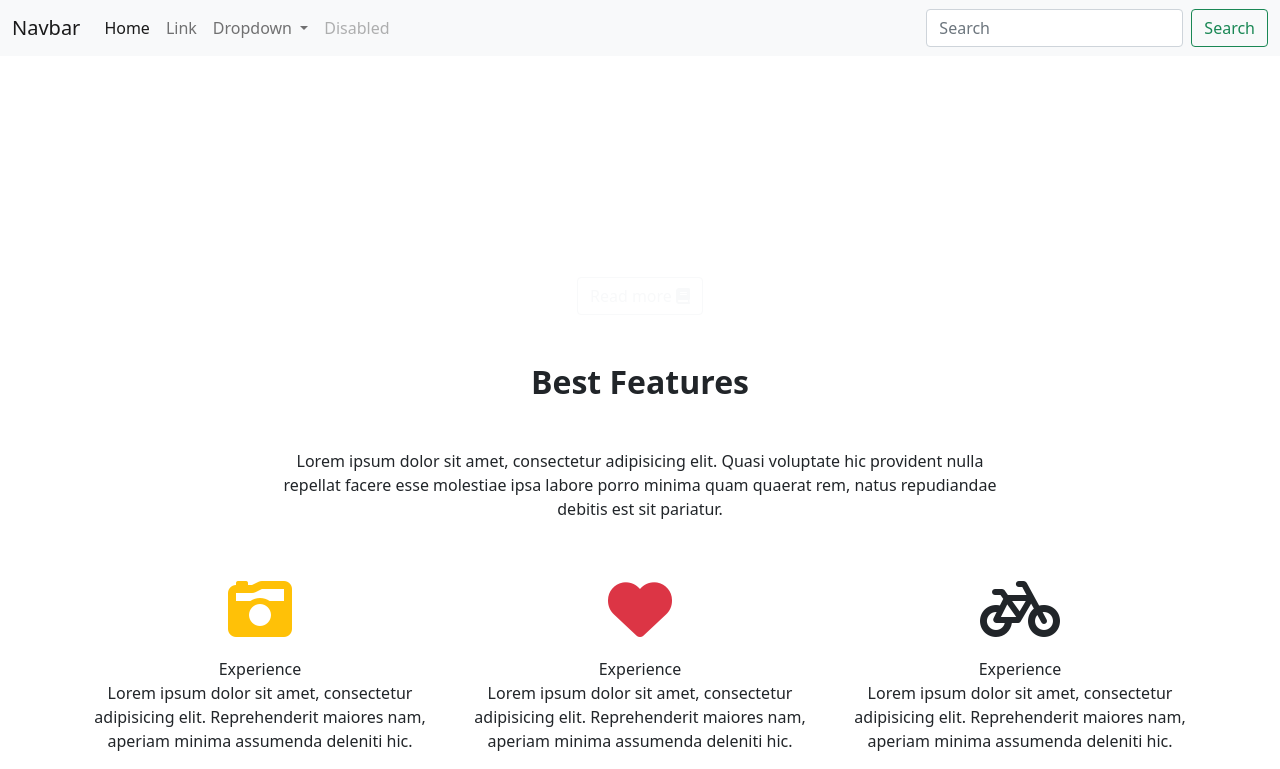
Repository: nptg3105/lab04-landing-page-boostrap5
Page: index.html
These files come from the project's save history. The page is drawn as it stood at one moment and after the next save; the edit follows.
The browser window is 1280 px wide. The pictures show the whole page.

Above is the page before, as saved 2021-12-19 10:24:40.

After the next save:
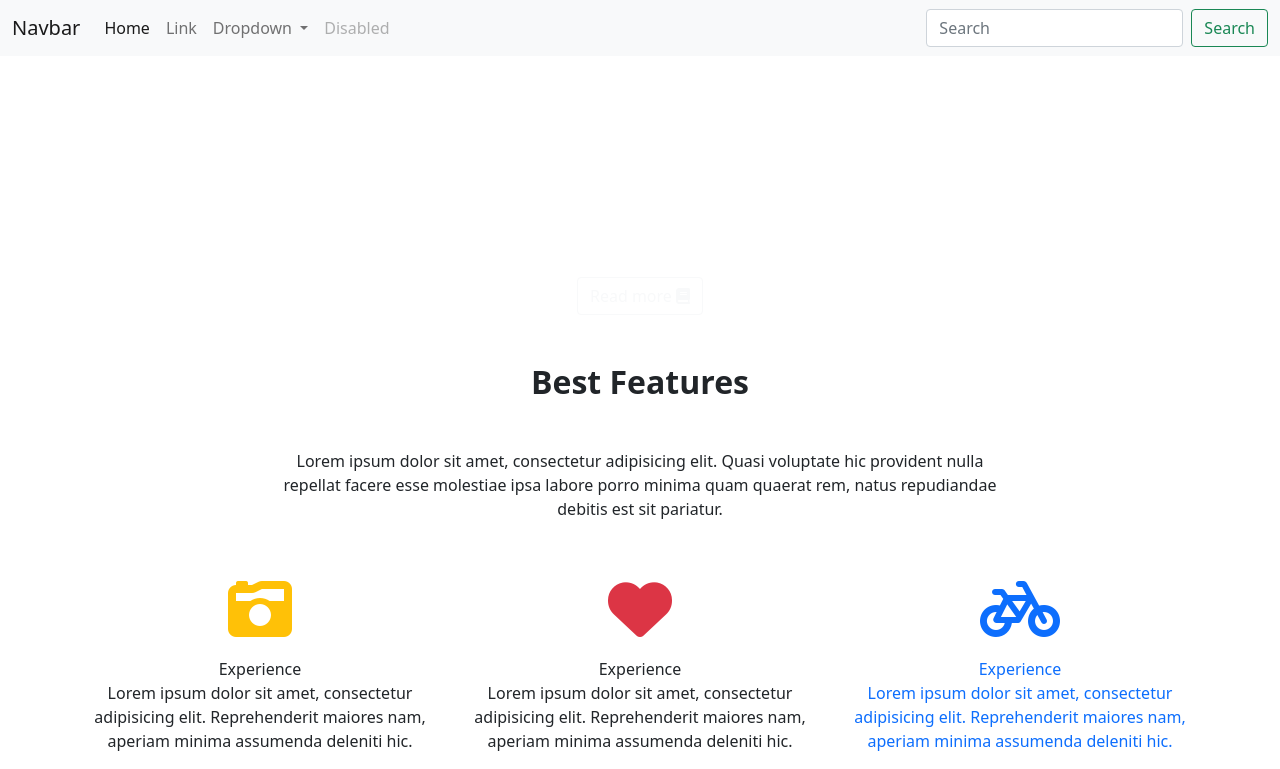
Saved 10 s later.
--- a/index.html
+++ b/index.html
@@ -106,7 +106,7 @@
               <div class="feature__title">Experience</div>
               <div class="feature__desc">Lorem ipsum dolor sit amet, consectetur adipisicing elit. Reprehenderit maiores nam, aperiam minima assumenda deleniti hic.</div>
             </div>
-            <div class="feature__item col-md-4">
+            <div class="feature__item col-md-4 text-primary">
               <div class="feature__icon fa-4x"><i class="fas fa-bicycle"></i></div>
               <div class="feature__title">Experience</div>
               <div class="feature__desc">Lorem ipsum dolor sit amet, consectetur adipisicing elit. Reprehenderit maiores nam, aperiam minima assumenda deleniti hic.</div>
